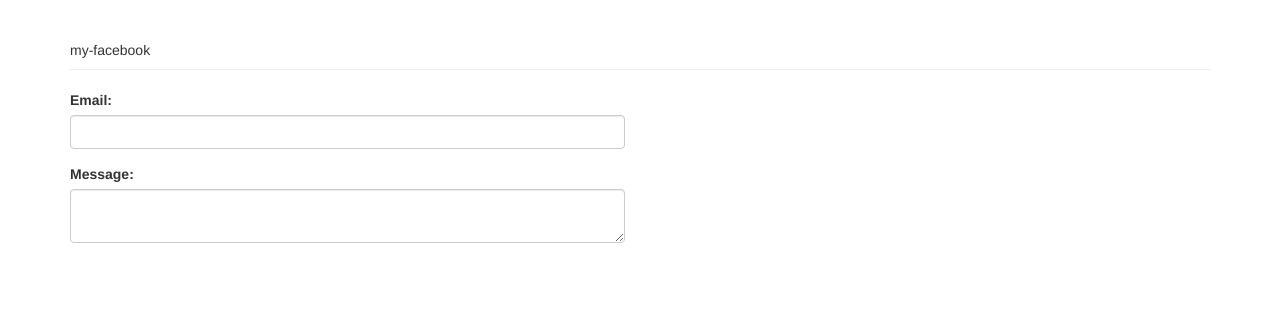
Repository: nagabhushanamn/itc-batch
Page: new/my-facebook/WebContent/index.html
These files come from the project's save history. The page is drawn as it stood at one moment and after the next save; the edit follows.
The browser window is 1280 px wide. The pictures show the whole page.

Above is the page before, as saved 2017-03-18 10:36:34.

### new/my-facebook/WebContent/index.html
<!DOCTYPE html>
<html>
<head>
<meta charset="UTF-8">
<title>my-facebook</title>
<link href="css/bootstrap.css" rel="stylesheet">
</head>
<body class="container">

	<div class="page-header">my-facebook</div>

	<div class="row">

		<div class="col-sm-6">

			<form action="">
				<div class="form-group">
					<label>Email:</label>
					<input class="form-control"/>
				</div>
				<div class="form-group">
					<label>Message:</label>
					<textarea class="form-control"></textarea>
				</div>
			</form>

		</div>

	</div>


</body>
</html>

Loaded but not shown: new/my-facebook/WebContent/css/bootstrap.css (library)

After the next save:
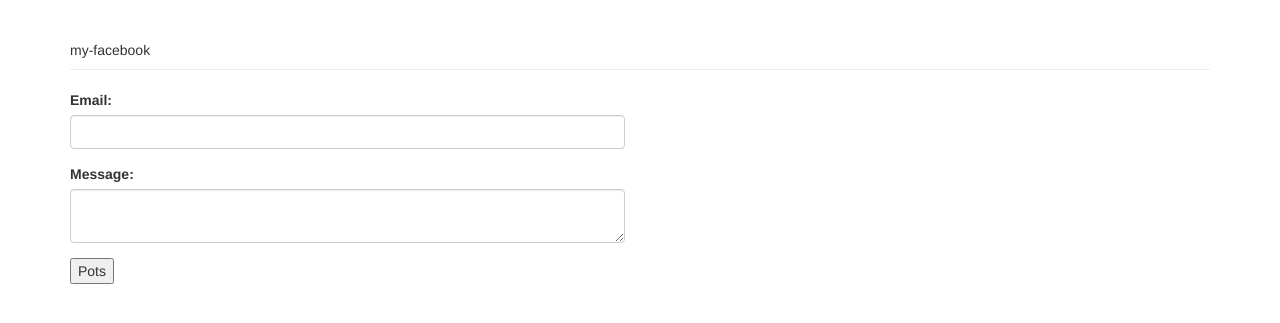
Saved 24 s later.
--- a/new/my-facebook/WebContent/index.html
+++ b/new/my-facebook/WebContent/index.html
@@ -22,6 +22,7 @@
 					<label>Message:</label>
 					<textarea class="form-control"></textarea>
 				</div>
+				<button type="submit">Pots</button>
 			</form>
 
 		</div>
